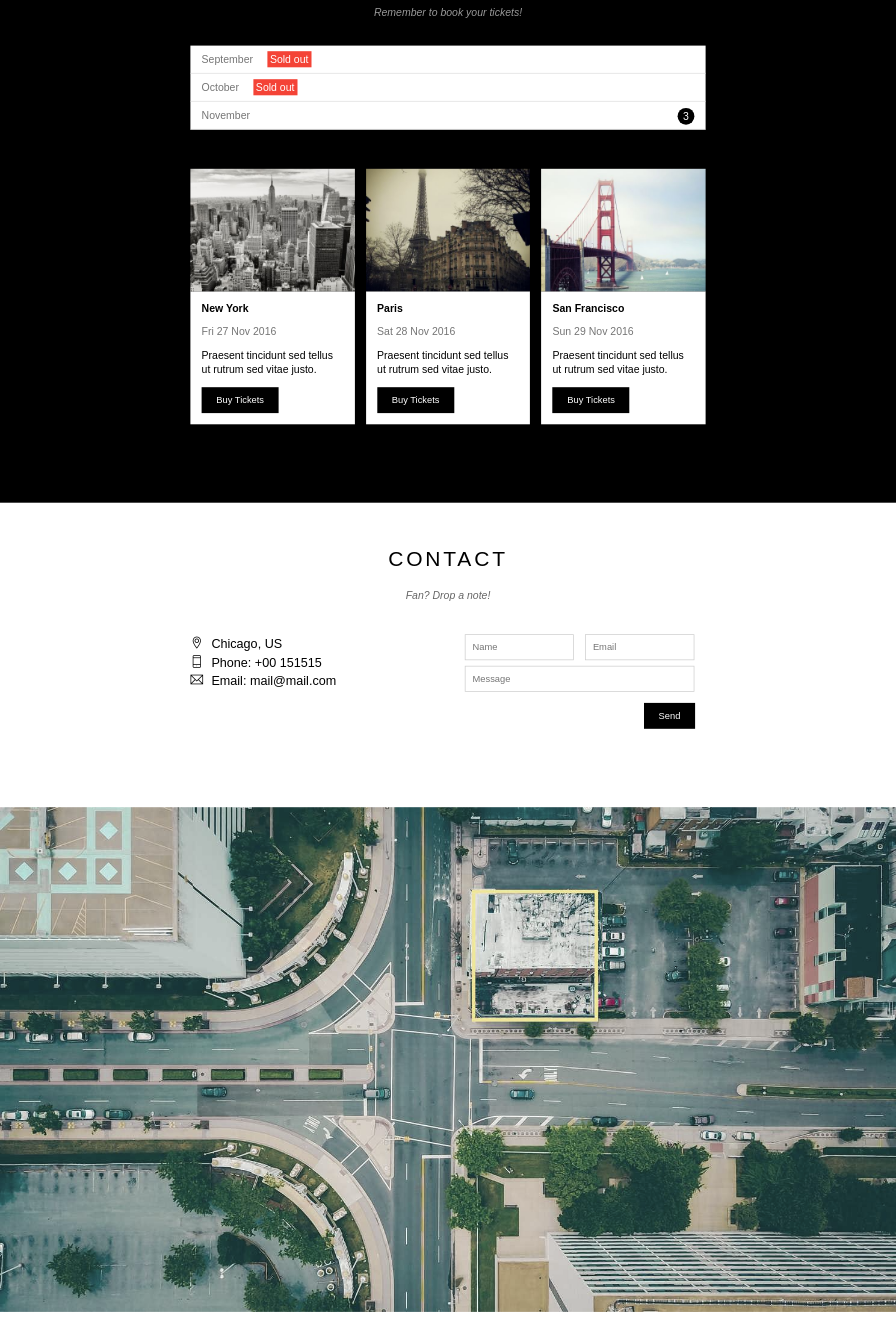
Repository: funboy13/webnew
Page: index.html
An editor plug-in stored every save of this project. The page is shown before and after the next save, followed by the edit.
The browser window is 1280 px wide. The pictures show the part of the page from y = 1473 to 3393 px (the page is 3540 px tall), at 70% of full size.

Above is the page before, as saved 2021-08-21 15:03:38.

After the next save:
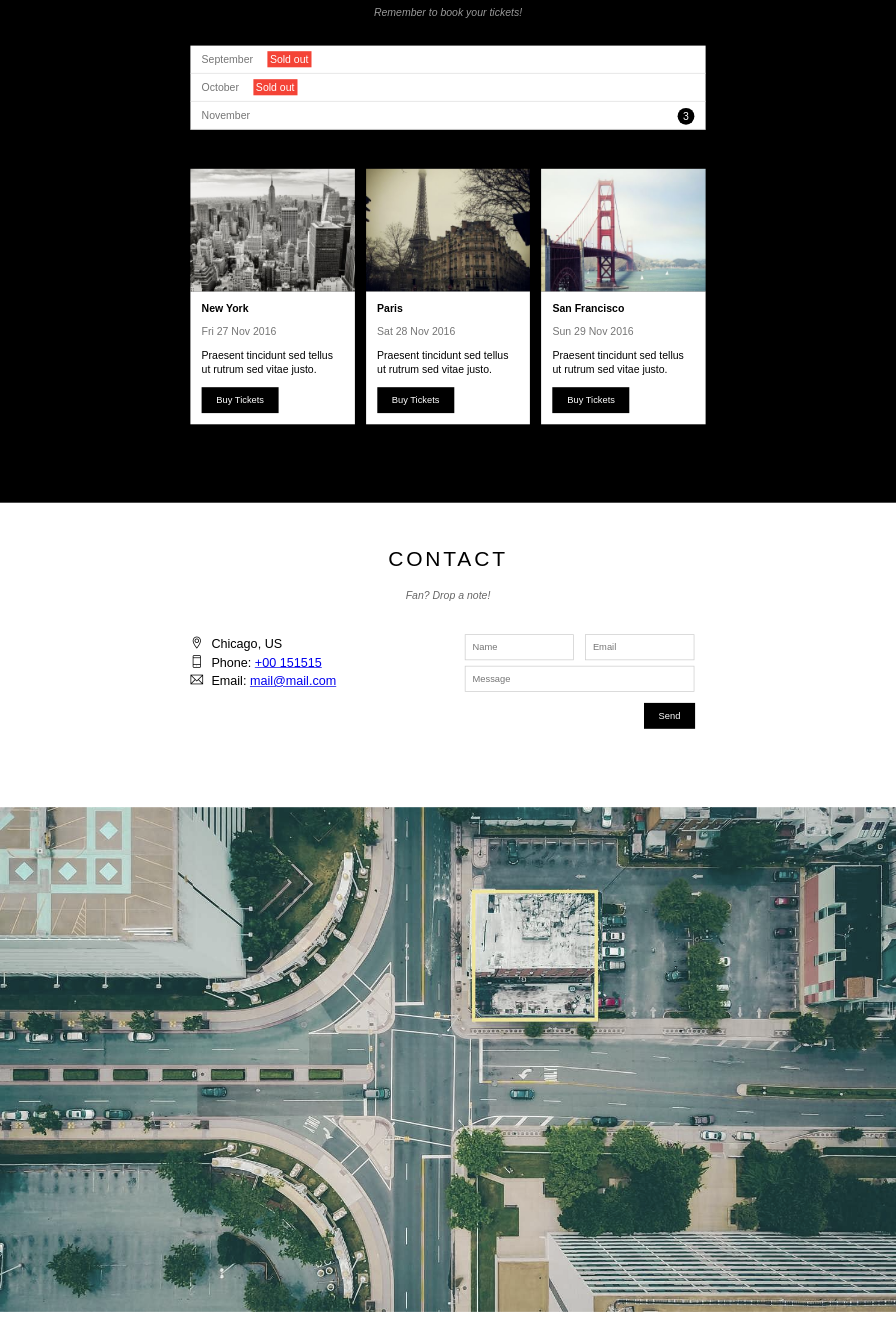
Saved 3 min 20 s later.
--- a/index.html
+++ b/index.html
@@ -120,8 +120,8 @@
                 <div class="row contact-content">
                     <div class="col col-half s-col-ful contact-info">
                         <p><i class="ti-location-pin"></i>Chicago, US</p>
-                        <p><i class="ti-mobile"></i>Phone: +00 151515</p>
-                        <p><i class="ti-email"></i>Email: mail@mail.com</p>
+                        <p><i class="ti-mobile"></i>Phone: <a href="tel:+ 00 151515"> +00 151515</a> </p>
+                        <p><i class="ti-email"></i>Email: <a href="mailto:mail@mail.com">mail@mail.com</a> </p>
 
                     </div>
                     <div class="col col-half s-col-ful contact-form">
